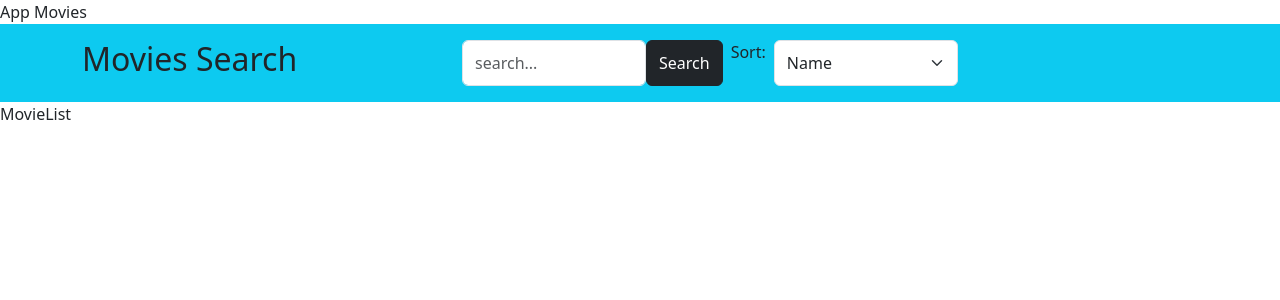
Repository: saargold/reactTest
Page: /movies
The author's editor kept a copy of each file at every save. The page is drawn from the files as they stood at one save, then again after the next save.
The browser window is 1280 px wide. The pictures show the whole page.
The project was rebuilt for these pictures with package versions that can differ from the ones it lists, and the page was loaded fresh each time. Also part of the build but not shown: src/App.css, src/api/Apicomp.js.

Above is the page before, as saved 2022-09-07 12:50:42.

### src/App.js
import logo from './logo.svg';
import './App.css';
import Apicomp from './api/Apicomp';
import AppMovies from './components/AppMovies';
function App() {
  return (
    <div className="App">
    {/* <Apicomp/> */}
    <AppMovies/>
    </div>
  );
}

export default App;

### src/components/AppMovies.js
import React from 'react'
import { MoviesInput } from '../input/MoviesInput'
import { MovieList } from './MovieList'

function AppMovies() {
  return (
    <div>
      App Movies
      <MoviesInput/>
      <MovieList/>
    </div>
  )
}

export default AppMovies

### src/input/MoviesInput.js
import React from 'react'

export const MoviesInput = (props) => {
  return (
    <div className='container-fluid bg-info p-3'>
    <div className='container'>
    <div className="row">
        <div className='col-lg-4'>
            <h2>Movies Search</h2>
        </div>
        <div className='col-lg-8 d-flex'>
            <input placeholder='search...' type="search" className='form-control w-25'/>
            <button className='btn btn-dark'>Search</button>
            <div className='mx-2 d-flex'>Sort:</div>
            <select className='form-select w-25'>
                <option >Name</option>
                <option >Year</option>
            </select>
        </div>
    </div>

    </div>


    </div>
  )
}

### src/components/MovieList.js
import React from 'react'

export const MovieList = (props) => {
  return (
    <div>MovieList</div>
  )
}

Loaded but not shown: public/index.html (common file); src/index.js (common file); src/index.css (common file); src/reportWebVitals.js (common file)

After the next save:
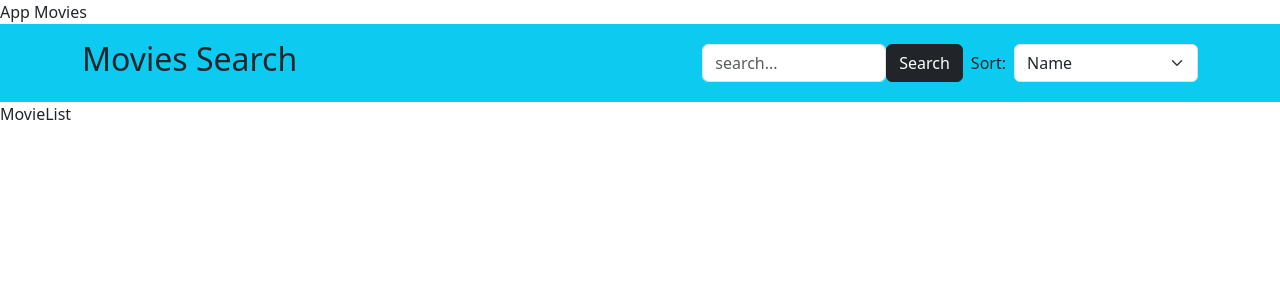
Saved 75 s later.
--- a/src/input/MoviesInput.js
+++ b/src/input/MoviesInput.js
@@ -8,10 +8,10 @@ export const MoviesInput = (props) => {
         <div className='col-lg-4'>
             <h2>Movies Search</h2>
         </div>
-        <div className='col-lg-8 d-flex'>
+        <div className='col-lg-8 d-flex align-items-center justify-content-end'>
             <input placeholder='search...' type="search" className='form-control w-25'/>
             <button className='btn btn-dark'>Search</button>
-            <div className='mx-2 d-flex'>Sort:</div>
+            <div className='mx-2'>Sort:</div>
             <select className='form-select w-25'>
                 <option >Name</option>
                 <option >Year</option>
